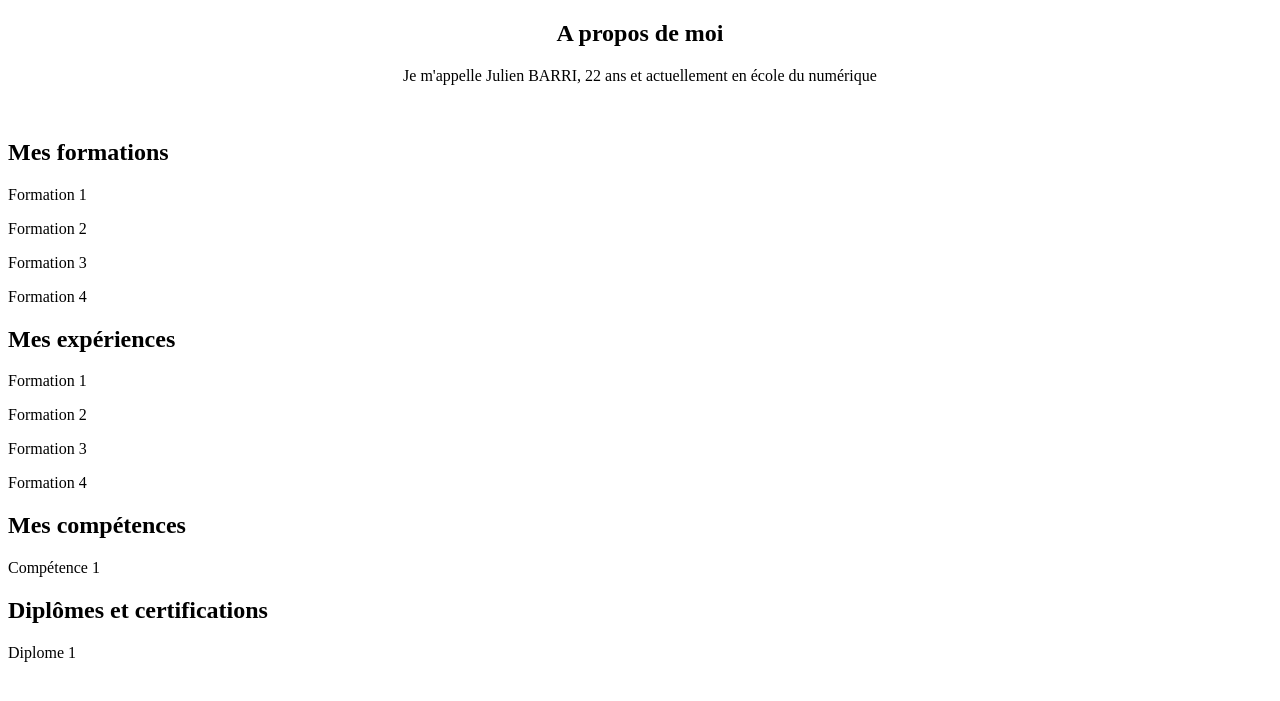
Repository: barridev/cours_devops.github.io
Page: index.html
An editor plug-in stored every save of this project. The page is shown before and after the next save, followed by the edit.
The browser window is 1280 px wide. The pictures show the whole page.

Above is the page before, as saved 2022-06-13 15:04:05.

### index.html
<!DOCTYPE html>
<html lang="en">

<head>
    <meta charset="UTF-8">
    <meta http-equiv="X-UA-Compatible" content="IE=edge">
    <meta name="viewport" content="width=device-width, initial-scale=1.0">
    <title>Document</title>
    <link rel="stylesheet" href="style.css">
</head>

<body>

    <section class="center">
        <div>
            <h1>A propos de moi</h1>
            <p>Je m'appelle Julien BARRI, 22 ans et actuellement en école du numérique</p>
            <img src="" alt="">
        </div>
    </section>

    <section>
        <div class="test">
            <h2> Mes formations </h2>
            <p>Formation 1</p>
            <p>Formation 2</p>
            <p>Formation 3</p>
            <p>Formation 4</p>
        </div>
    </section>

    <section>
        <div>
            <h2> Mes expériences </h2>
            <p>Formation 1</p>
            <p>Formation 2</p>
            <p>Formation 3</p>
            <p>Formation 4</p>
        </div>
    </section>

    <section>
        <div>
            <h2> Mes compétences</h2>
            <p>Compétence 1</p>
        </div>

    </section>

    <section>
        <div>
            <h2> Diplômes et certifications</h2>
            <p>Diplome 1</p>
        </div>

    </section>

</body>

</html>

Loaded but not shown: style.css (common file)

After the next save:
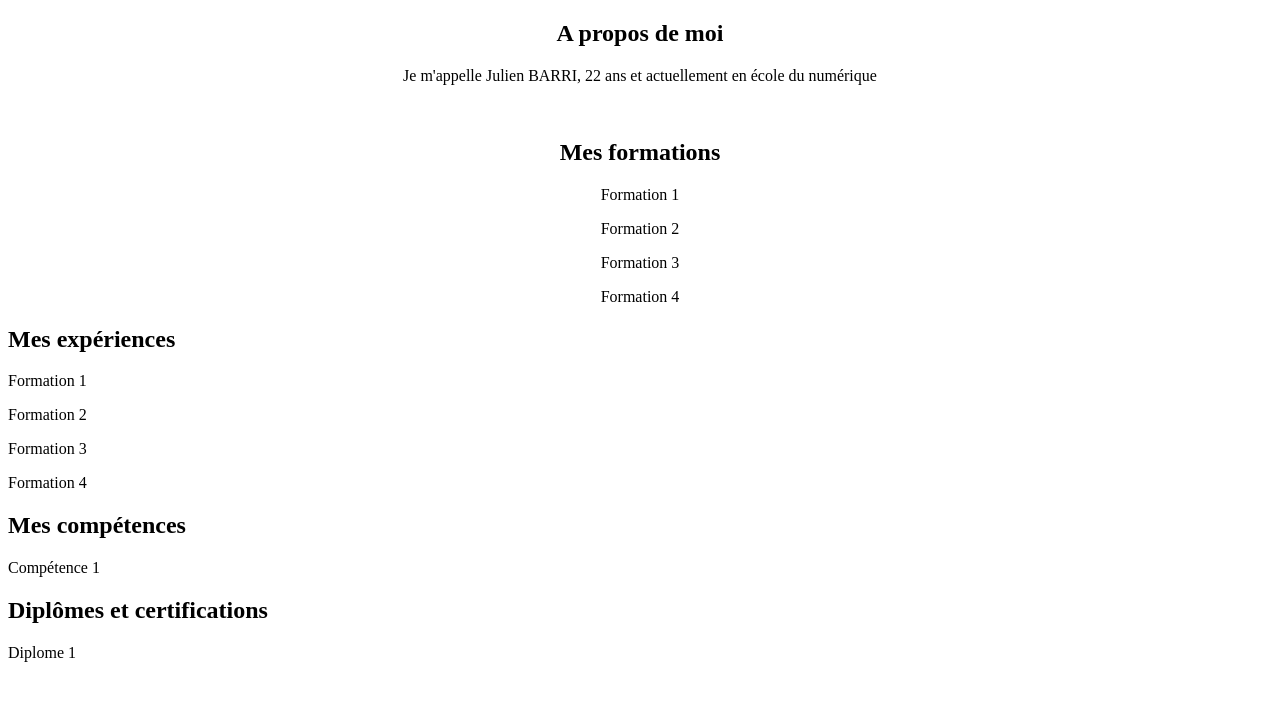
Saved 15 s later.
--- a/index.html
+++ b/index.html
@@ -19,7 +19,7 @@
         </div>
     </section>
 
-    <section>
+    <section class="center">
         <div class="test">
             <h2> Mes formations </h2>
             <p>Formation 1</p>
